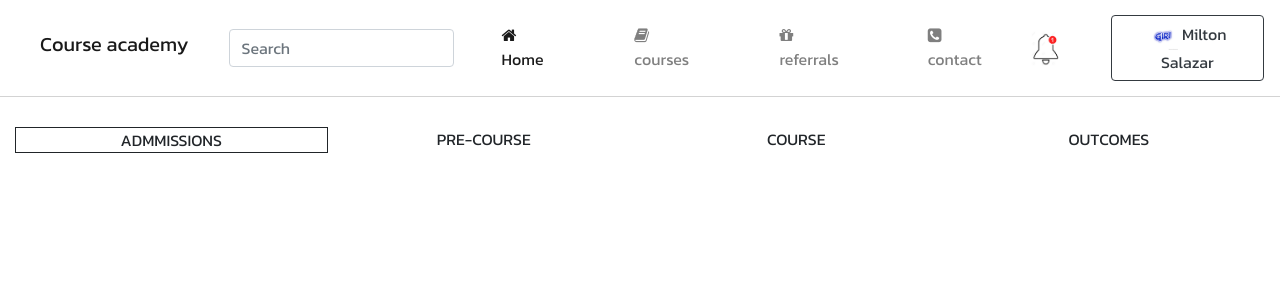
Repository: giribabu1997/html-layout
Page: task.html
An editor plug-in stored every save of this project. The page is shown before and after a run of saves, followed by the edit.
The browser window is 1280 px wide. The pictures show the whole page.

Above is the page before, as saved 2019-06-24 09:16:19.

### task.html
<!DOCTYPE html>
<html lang="en">

<head>
    <meta charset="UTF-8">
    <meta name="viewport" content="width=device-width, initial-scale=1.0">
    <meta http-equiv="X-UA-Compatible" content="ie=edge">
    <title>Document</title>
    <link rel="stylesheet" href="https://stackpath.bootstrapcdn.com/bootstrap/4.3.1/css/bootstrap.min.css"
        integrity="sha384-ggOyR0iXCbMQv3Xipma34MD+dH/1fQ784/j6cY/iJTQUOhcWr7x9JvoRxT2MZw1T" crossorigin="anonymous">
    <link href="https://fonts.googleapis.com/css?family=Kanit&display=swap" rel="stylesheet">
    <link rel="stylesheet" href="https://cdnjs.cloudflare.com/ajax/libs/font-awesome/4.7.0/css/font-awesome.min.css">
    <style>
        .navhead-height {
            padding: 1.5rem;
        }

        .head-container {
            padding: 0%;
        }

        * {
            font-family: 'Kanit', sans-serif;
        }

        .home-link {
            padding-right: 2.5rem !important;
            padding-left: 2.5rem !important;
        }
    </style>

</head>

<body>
    <div class="container-fluid head-container" style=" border-bottom: 1px solid lightgrey;">
        <nav class="navbar navbar-expand-lg navbar-light bg-white">
            <a class="navbar-brand navhead-height" href="#">
                <h5>Course academy </h5>
            </a>
            <button class="navbar-toggler" type="button" data-toggle="collapse" data-target="#navbarSupportedContent"
                aria-controls="navbarSupportedContent" aria-expanded="false" aria-label="Toggle navigation">
                <span class="navbar-toggler-icon"></span>
            </button>
            <form class="form-inline my-2 my-lg-0">
                <input class="form-control mr-sm-2" type="search" placeholder="Search" aria-label="Search">
            </form>
            <div class="collapse navbar-collapse" id="navbarSupportedContent">
                <ul class="navbar-nav mr-auto">
                    <li class="nav-item active">
                        <a class="nav-link home-link" href="#"><i class="fa fa-home"></i> Home <span
                                class="sr-only">(current)</span></a>
                    </li>
                    <li class="nav-item">
                        <a class="nav-link home-link" href="#"><i class="fa fa-book"></i> courses</a>
                    </li>
                    <li class="nav-item">
                        <a class="nav-link home-link" href="#"><i class="fa fa-gift"></i> referrals</a>
                    </li>
                    <li class="nav-item">
                        <a class="nav-link home-link" href="#"><i class="fa fa-phone-square"></i> contact</a>
                    </li>
                    <li class="nav-item">
                        <a class="nav-link home-link" href="#"></a>
                        <img src="icon.png" width="30px" style="text-align: center" />
                        </a>
                    </li>
                    <button class="btn btn-outline-dark my-2 my-sm-0" type="submit">
                        <img src="giri.png" width="30px" /> Milton Salazar </button>
            </div>
        </nav>
    </div>
    <div class="container-fluid" style="padding: 30px; text-align: center;">
        <div class="row">
            <div class="col-sm-3" style="border: 1px solid">
              <h> ADMMISSIONS</h>
            </div>
            <div class="col-sm-3">
               <h> PRE-COURSE</h>
            </div>
            <div class="col-sm-3">
                <h> COURSE </h>
            </div>
            <div class="col-sm-3">
               <h> OUTCOMES </h>
            </div>
        </div>
    </div>


</body>
<script src="https://code.jquery.com/jquery-3.3.1.slim.min.js"
    integrity="sha384-q8i/X+965DzO0rT7abK41JStQIAqVgRVzpbzo5smXKp4YfRvH+8abtTE1Pi6jizo"
    crossorigin="anonymous"></script>
<script src="https://cdnjs.cloudflare.com/ajax/libs/popper.js/1.14.7/umd/popper.min.js"
    integrity="sha384-UO2eT0CpHqdSJQ6hJty5KVphtPhzWj9WO1clHTMGa3JDZwrnQq4sF86dIHNDz0W1"
    crossorigin="anonymous"></script>
<script src="https://stackpath.bootstrapcdn.com/bootstrap/4.3.1/js/bootstrap.min.js"
    integrity="sha384-JjSmVgyd0p3pXB1rRibZUAYoIIy6OrQ6VrjIEaFf/nJGzIxFDsf4x0xIM+B07jRM"
    crossorigin="anonymous"></script>

</html>

After the next 2 saves:
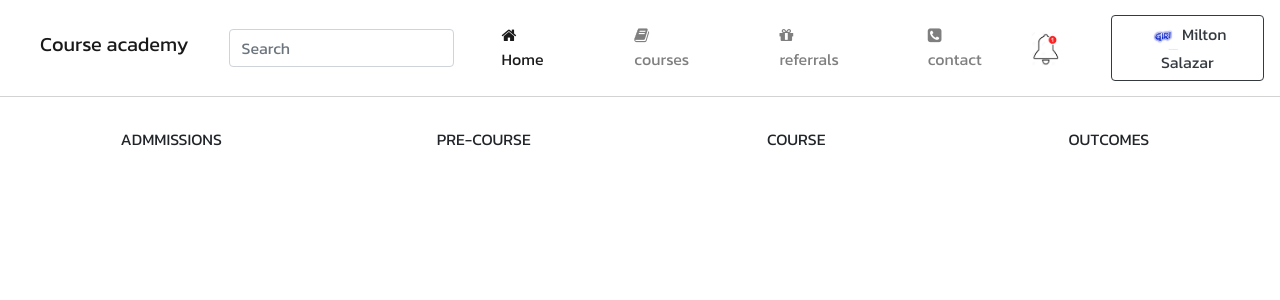
The 2 saves are shown as one change because they came seconds apart.
The last was saved 57 s later.
--- a/task.html
+++ b/task.html
@@ -71,7 +71,7 @@
     </div>
     <div class="container-fluid" style="padding: 30px; text-align: center;">
         <div class="row">
-            <div class="col-sm-3" style="border: 1px solid">
+            <div class="col-sm-3">
               <h> ADMMISSIONS</h>
             </div>
             <div class="col-sm-3">
